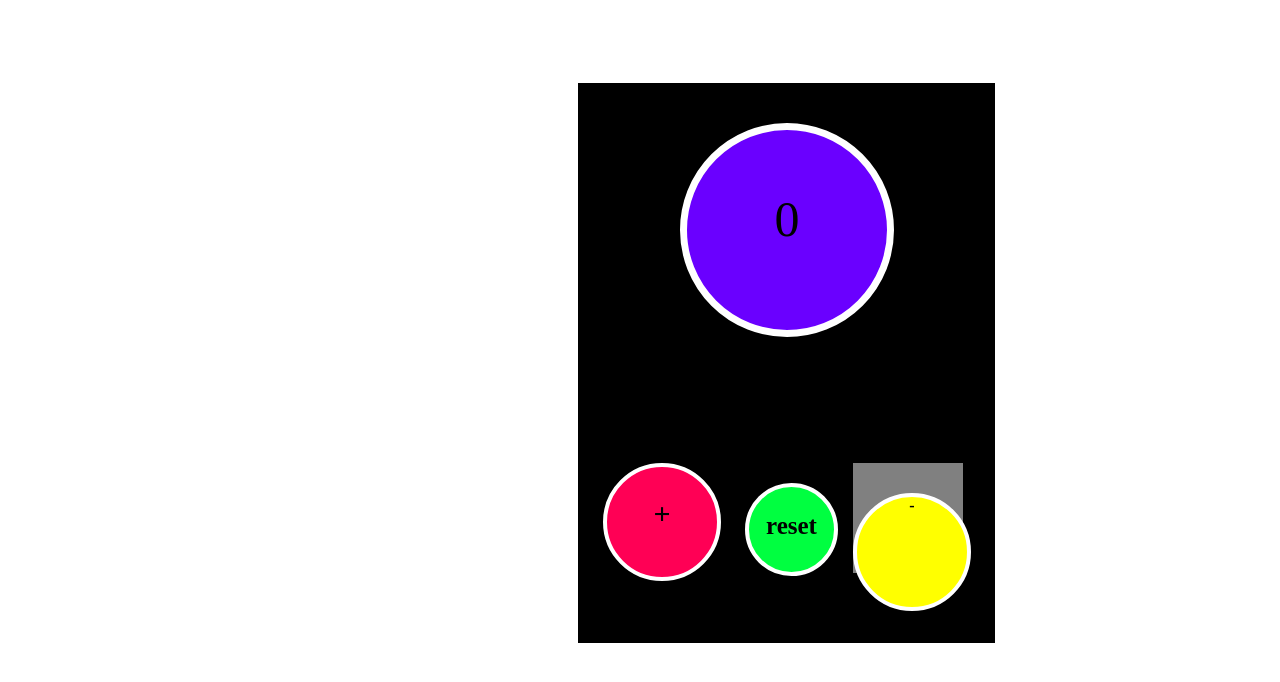
Repository: sara55m/Counter_App
Page: index.html
An editor plug-in stored every save of this project. The page is shown before and after the next save, followed by the edit.
The browser window is 1280 px wide. The pictures show the whole page.

Above is the page before, as saved 2024-07-31 18:08:43.

### index.html
<!DOCTYPE html>
<html lang="en">
<head>
    <meta charset="UTF-8">
    <meta name="viewport" content="width=device-width, initial-scale=1.0">
    <title>Document</title>
    <link rel="stylesheet" href="css/style.css">
</head>
<body>
    <div class="container">
        <div class="main" id="main"><p class="one" id="one"></p></div>
        <div class="increase" id="increase" onclick="increase()"><p class="first">+</p></div>
        <div class="decrease" id="decrease" onclick="decrease()"><p class="second"><div class="decrease2">-</div></p></div>
        <div class="reset" onclick="reset_1()"><p class="third">reset</p></div>
    </div>
    <script src="js/script.js"></script>
</body>
</html>

### css/style.css
.container{
    position: absolute;
    top:80px;
    left:575px;
    height:560px;
    width:417px;
    background-color: black;
    border:3px solid white;
}
p.one{
    text-align: center;

}

.main{
    position:absolute;
    top:40px;
    left:102px;
    height:180px;
    width:180px;
    border-radius: 50%;
    background-color: rgb(106, 0, 255);
    text-align: center;
    font-size: 50px;
    padding:10px;
    border:7px solid white;

}

.increase{
    position:absolute;
    top:380px;
    left:25px;
    height:110px;
    width:110px;
    border-radius: 50%;
    background-color: rgb(255, 0, 85);
    border:4px solid white;
    font-weight: bolder;
}
p.first,p.second{
    font-size: 30px;
    text-align: center;
}
.decrease{
    position:absolute;
    top:380px;
    left:275px;
    background-color:gray;
    height:110px;
    width:110px;

}
.decrease2{

    height:110px;
    width:110px;
    border-radius: 50%;
    border:4px solid white;
    background-color:yellow;
    text-align: center;
    font-weight: bolder;
}

.reset{
    position:absolute;
    top:400px;
    left:167px;
    height:85px;
    width:85px;
    border-radius: 50%;
    background-color: rgb(0, 255, 64);
    font-weight: bolder;
    border:4px solid white;
}

p.third{
    font-size: 25px;
    text-align: center;
}

### js/script.js
let count=0;
document.getElementById("one").innerHTML=count;
function increase(){
    count+=1;
    document.getElementById("one").innerHTML=count;
}

function reset_1(){
    count=0;
    document.getElementById("one").innerHTML=count;
}

count=0;
document.getElementById("one").innerHTML=count;
function decrease(){
    count-=1;
    document.getElementById("one").innerHTML=count;

}

After the next save:
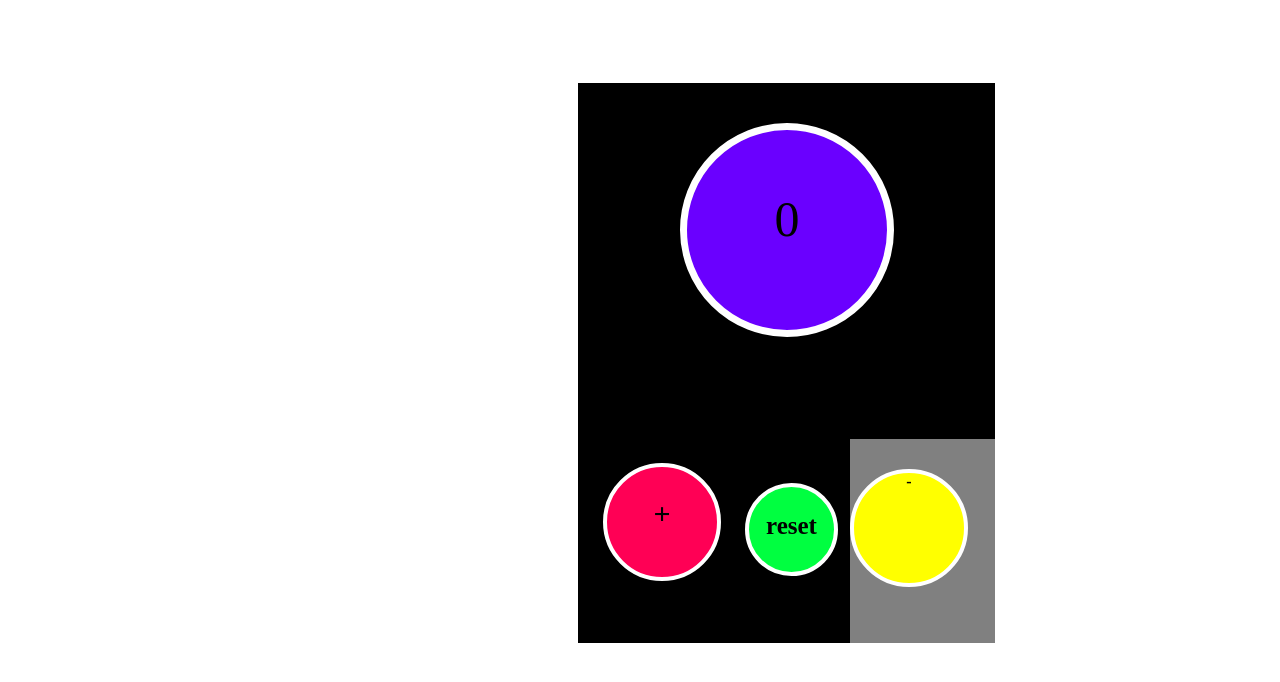
Saved 2 min 3 s later.
--- a/css/style.css
+++ b/css/style.css
@@ -44,11 +44,11 @@ p.first,p.second{
 }
 .decrease{
     position:absolute;
-    top:380px;
-    left:275px;
+    top:356px;
+    left:272px;
     background-color:gray;
-    height:110px;
-    width:110px;
+    height:204px;
+    width:145px;
 
 }
 .decrease2{
